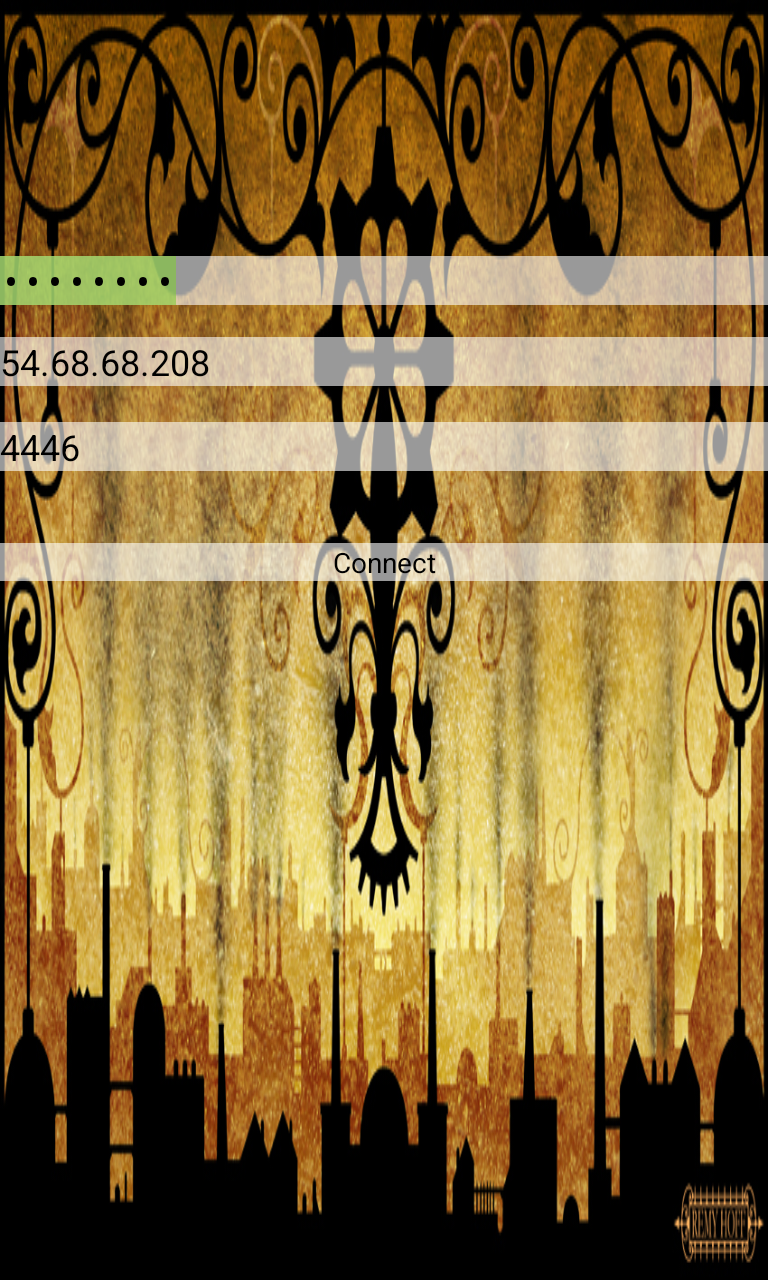
Repository: jkrepps/CSCE-482
Layout: Mobile Client (eclipse)/Industry of Deciet/res/layout/mains.xml
An editor plug-in stored every save of this project. The layout is shown before and after the next save, followed by the edit.
It is drawn on a 768 x 1280 px phone screen (xhdpi) without system bars, with theme AppTheme; the app's code is not run.

Above is the layout before, as saved 2014-12-03 10:42:34.

### Mobile Client (eclipse)/Industry of Deciet/res/layout/mains.xml
<?xml version="1.0" encoding="utf-8"?>
<FrameLayout xmlns:android="http://schemas.android.com/apk/res/android"
    android:layout_width="match_parent"
    android:layout_height="match_parent"
    android:background="@drawable/background_opening"
    android:theme="@android:style/Theme.NoTitleBar"
    >

    <!-- android:background="#0099cc"
         The primary full-screen view. This can be replaced with whatever view
         is needed to present your content, e.g. VideoView, SurfaceView,
         TextureView, etc.

    -->

    <!--
         This FrameLayout insets its children based on system windows using
         android:fitsSystemWindows.
    -->

    <RelativeLayout
        android:layout_width="match_parent"
        android:layout_height="match_parent" >

        <EditText
            android:id="@+id/editText3"
            android:layout_width="match_parent"
            android:layout_height="wrap_content"
            android:layout_alignParentLeft="true"
            android:layout_below="@+id/editText2"
            android:layout_marginTop="16dp"
            android:textColor="#FF000000"
            android:background="#99FFFFFF"
            android:ems="10"
            android:inputType="textPersonName"
            android:text="@string/IP" />

        <EditText
            android:id="@+id/editText4"
            android:layout_width="match_parent"
            android:layout_height="wrap_content"
            android:layout_alignParentLeft="true"
            android:layout_below="@+id/editText3"
            android:layout_marginTop="18dp"
            android:textColor="#FF000000"
            android:background="#99FFFFFF"
            android:ems="10"
            android:inputType="textPersonName"
            android:text="@string/Port" />

        <EditText
            android:id="@+id/editText2"
            android:layout_width="match_parent"
            android:layout_height="wrap_content"
            android:layout_alignParentLeft="true"
            android:layout_alignParentTop="true"
            android:layout_marginTop="128dp"
            android:background="#99FFFFFF"
            android:ems="10"
            android:inputType="textPassword"
            android:selectAllOnFocus="true"
            android:text="Password"
            android:textColor="#FF000000" >

            <requestFocus />
        </EditText>

        <Button
            android:id="@+id/button1"
            android:layout_width="match_parent"
            android:layout_height="wrap_content"
            android:layout_alignParentLeft="true"
            android:layout_below="@+id/editText4"
            android:layout_marginTop="36dp"
            android:background="#99FFFFFF"
            android:text="@string/button_main_menu"
            android:textColor="#FF000000" />

        <EditText
            android:id="@+id/editText1"
            style="@drawable/roundededittext"
            android:layout_width="match_parent - 100px"
            android:layout_height="wrap_content"
            android:layout_alignBottom="@+id/editText2"
            android:layout_alignParentLeft="true"
            android:layout_marginBottom="40dp"
            android:layout_marginLeft="78dp"
            android:background="#99FFFFFF"
            android:ems="10"
            android:inputType="textPersonName"
            android:selectAllOnFocus="true"
            android:text="Username"
            android:textColor="#FF000000" />

    </RelativeLayout>

</FrameLayout>

### Mobile Client (eclipse)/Industry of Deciet/res/values/strings.xml
<?xml version="1.0" encoding="utf-8"?>
<resources>

    <string name="app_name">Industry of Deceit</string>
    <string name="dummy_button">Dummy Button</string>
    <string name="dummy_content">DUMMY\nCONTENT</string>
    <string name="hello_world">Hello world!</string>
    <string name="userText">Enter Text </string>
    <string name="menu_settings">Settings</string>
    <string name="username">yo</string>
    <string name="password">hihi</string>
    <string name="IP">54.68.68.208 </string>
    <string name="Port">4446 </string>
    <string name="button_main_menu">Connect</string>
    <string name="Centered"></string>

</resources>

### Mobile Client (eclipse)/Industry of Deciet/res/drawable-hdpi/roundededittext.xml
<?xml version="1.0" encoding="utf-8"?>
<!--  res/drawable/rounded_edittext.xml -->
<shape xmlns:android="http://schemas.android.com/apk/res/android"
android:shape="rectangle" android:padding="10dp">
 <solid android:color="#FFFFFF"/>
    <corners
     android:bottomRightRadius="15dp"
     android:bottomLeftRadius="15dp"
  android:topLeftRadius="15dp"
  android:topRightRadius="15dp"/>
</shape>

Loaded but not shown: Mobile Client (eclipse)/Industry of Deciet/res/values/styles.xml (common file); Mobile Client (eclipse)/Industry of Deciet/res/values-v11/styles.xml (common file); Mobile Client (eclipse)/Industry of Deciet/res/values-v14/styles.xml (common file)

After the next save:
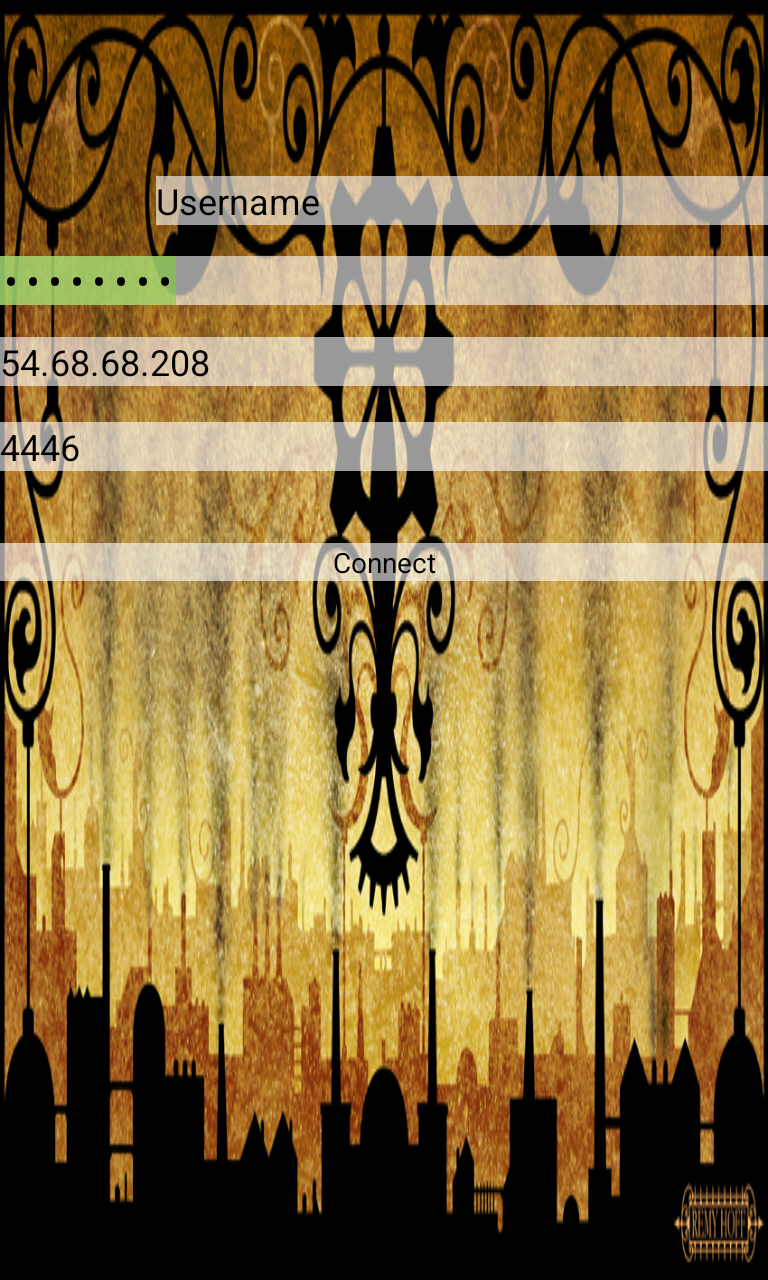
Saved 10 s later.
--- a/Mobile Client (eclipse)/Industry of Deciet/res/layout/mains.xml
+++ b/Mobile Client (eclipse)/Industry of Deciet/res/layout/mains.xml
@@ -79,7 +79,7 @@
         <EditText
             android:id="@+id/editText1"
             style="@drawable/roundededittext"
-            android:layout_width="match_parent - 100px"
+            android:layout_width="match_parent"
             android:layout_height="wrap_content"
             android:layout_alignBottom="@+id/editText2"
             android:layout_alignParentLeft="true"
